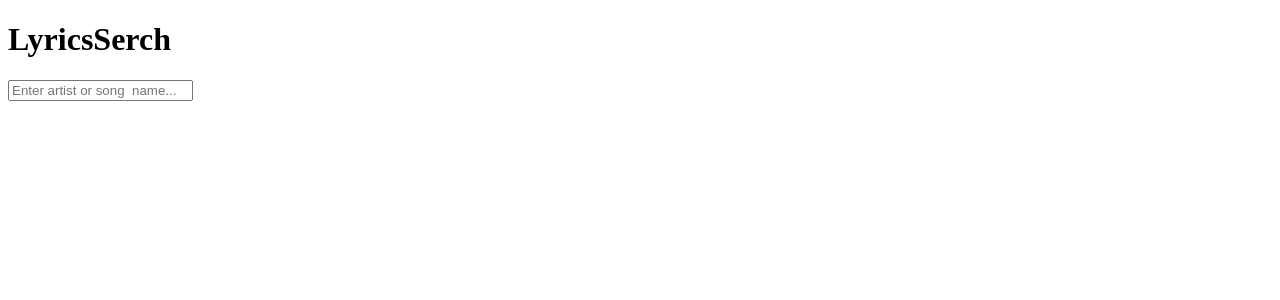
Repository: Pancerzaba/LyricsSearchApp
Page: index.html
An editor plug-in stored every save of this project. The page is shown before and after a run of saves, followed by the edit.
The browser window is 1280 px wide. The pictures show the whole page.

Above is the page before, as saved 2020-09-12 14:50:28.

After the next 2 saves:
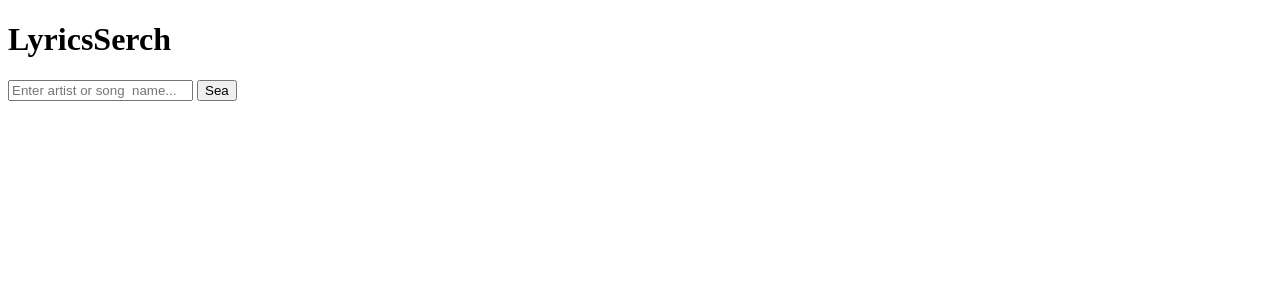
The 2 saves are shown as one change because they came seconds apart.
The last was saved 8 s later.
--- a/index.html
+++ b/index.html
@@ -11,7 +11,7 @@
 
         <form  id="form">
             <input type="text" id="search" placeholder="Enter artist or song  name...">
-            <b
+            <button>Sea</button>
         </form>
     </heder>
     <script src="script.js"></script>
